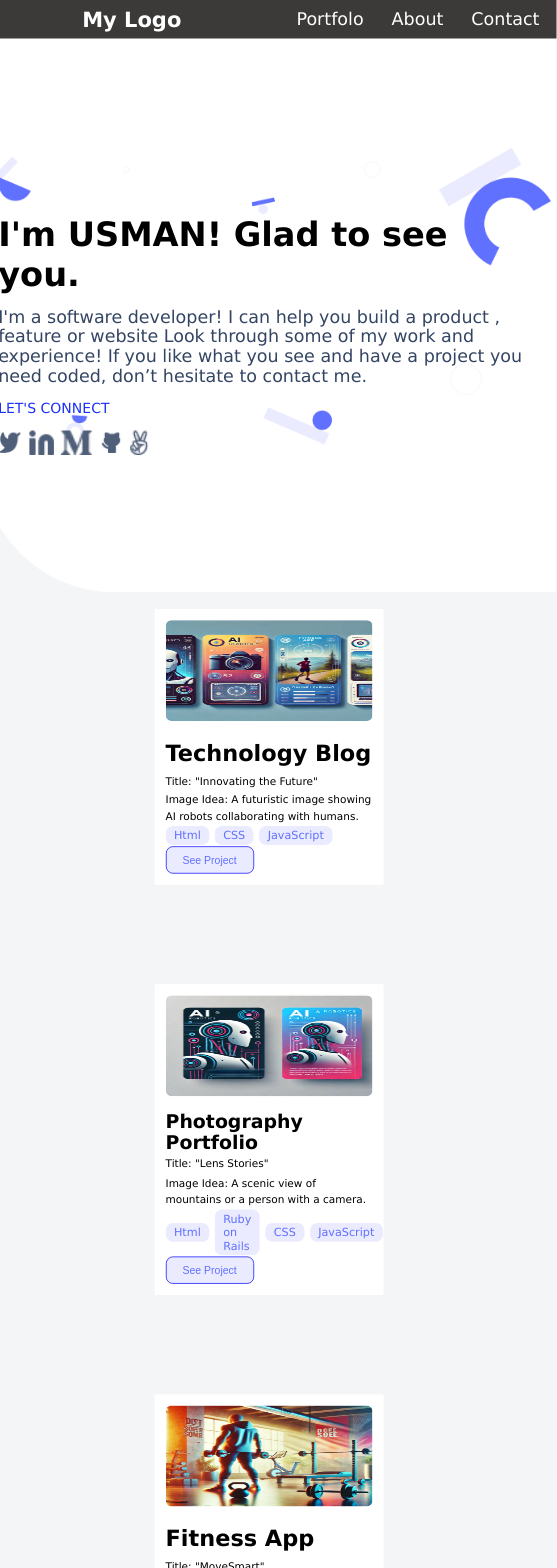
Repository: usman3123/portfolio-template-3
Page: portfolio.html
These files come from the project's save history. The page is drawn as it stood at one moment and after the next save; the edit follows.
The browser window is 768 px wide. The page is 795 px wide, then 768 px, so the pictures cover 795 px, including what lies to the right of the window. The pictures show the part of the page from y = 0 to 2240 px (the page is 3819 px tall before and 4003 px after), at 70% of full size.
Some web libraries are served in a nearby version.

Above is the page before, as saved 2025-01-25 22:34:21.
Not found: index.js

### portfolio.html
<!DOCTYPE html>
<html lang="en">
<head>
  <meta charset="UTF-8">
  <meta name="viewport" content="width=device-width, initial-scale=1.0">
  <title>project 2</title>
  <link rel="stylesheet" href="style.css">
  <link href='https://unpkg.com/boxicons@2.1.4/css/boxicons.min.css' rel='stylesheet'>
  <link rel="stylesheet" href="https://cdnjs.cloudflare.com/ajax/libs/font-awesome/6.6.0/css/all.min.css" integrity="sha512-Kc323vGBEqzTmouAECnVceyQqyqdsSiqLQISBL29aUW4U/M7pSPA/gEUZQqv1cwx4OnYxTxve5UMg5GT6L4JJg==" crossorigin="anonymous" referrerpolicy="no-referrer" />
  <link rel="stylesheet" href="https://cdnjs.cloudflare.com/ajax/libs/font-awesome/6.6.0/css/all.min.css" integrity="sha512-Kc323vGBEqzTmouAECnVceyQqyqdsSiqLQISBL29aUW4U/M7pSPA/gEUZQqv1cwx4OnYxTxve5UMg5GT6L4JJg==" crossorigin="anonymous" referrerpolicy="no-referrer" />

  <link rel="stylesheet" href="https://cdnjs.cloudflare.com/ajax/libs/font-awesome/6.7.2/css/all.min.css">
  <link rel="preconnect" href="https://fonts.googleapis.com">
<link rel="preconnect" href="https://fonts.gstatic.com" crossorigin>
<link href="https://fonts.googleapis.com/css2?family=Poppins:ital,wght@0,100;0,200;0,300;0,400;0,500;0,600;0,700;0,800;0,900;1,100;1,200;1,300;1,400;1,500;1,600;1,700;1,800;1,900&display=swap" rel="stylesheet">
</head>

<body>
<section class="webpage">
  <!-- Navbar -->

 <div class="hero-page">
  <div class="header-div">
    <nav class="nav-bar flex">
        <h4 class="nav-heading">My Logo</h4>
        <div class="nav-links flex">
            <a href="#myportfolio" class="link">Portfolo</a>
            <a href="myabout" class="link">About</a>
            <a href="mycontact" class="link" >Contact</a>
        </div>
        <i class="fa-solid fa-light fa-bars fa-xl " id="nav-icon"></i>
    </nav>
</div>

  <!-- Main Content -->
  <section id="myportfolio" class="hero-section flex">
    <div class="hero-content flex">
        <h1 class="hero-head"> I'm USMAN!
          Glad to see you.
      </h1>
      <p class="hero-p">
         I'm a software developer! I can help you build a product , feature or website Look through  some of my work and experience! If you like what you see and have a project you need coded, don’t hesitate to contact me.
      </p>
     <p class="let-connect"> LET'S CONNECT</p>

      <div class="icons flex">
          <img src="/assets/twitter.png" class="media-icon">
          <img src="assets/Linkedin.png" class="media-icon">
          <img src="assets/M.png" class="media-icon">
          <img src="assets/Github.png" class="media-icon">
          <img src="assets/V.png" class="media-icon">
      </div>
    </div>
  </section>

 </div>
  <!-- Cards Section -->

  <section class="cards flex">
    <div class="card flex">
      <img class="card-img" src="/assets/card-1img.webp" alt="CARD_!_IMG">
      <div class="card-content flex">
        <h2 class="card-head">Technology Blog</h2>
        <p class="content-p">Title: "Innovating the Future"</p>
        <p class="content-sp">Description: "Explore groundbreaking advancements in AI and robotics shaping tomorrow."</p>
        <p class="content-p">Image Idea: A futuristic image showing AI robots collaborating with humans.</p>
        <div class="languages flex">
          <p class="lang">Html</p>
          <p class="lang">CSS</p>
          <p class="lang">JavaScript</p>
        </div>
        <button class="content-btn">See Project</button>
      </div>
    </div>
    <div class="card flex">
      <img class="card-img" src="/assets/card-2img.webp" alt="CARD_!_IMG">
      <div class="card-content flex">
        <h2 id="photo-head">Photography Portfolio</h2>
        <p class="content-p">Title: "Lens Stories"<p>
        <p class="content-sp">Description: "A collection of awe-inspiring moments captured around the globe."</p>
        <p class="content-p">Image Idea: A scenic view of mountains or a person with a camera.
        </p>
        <div class="languages flex">
          <p class="lang">Html</p>
          <p class="lang">Ruby on Rails</p>
          <p class="lang">CSS</p>
          <p class="lang">JavaScript</p>
        </div>
        <button class="content-btn">See Project</button>
      </div>
    </div>
    <div class="card flex">
      <img class="card-img" src="/assets/card-3img.webp" alt="CARD_!_IMG">
      <div class="card-content flex">
        <h2 class="card-head">Fitness App</h2>
        <p class="content-p">Title: "MoveSmart"<p>
        <p class="content-sp">Description: "Your companion for tracking workouts and achieving fitness goals."</p>
        <p class="content-p">Image Idea: A person jogging with fitness metrics displayed.</p>
        <div class="languages flex">
          <p class="lang">Html</p>
          <p class="lang">Ruby on Rails</p>
          <p class="lang">CSS</p>
          <p class="lang">JavaScript</p>
        </div>
        <button class="content-btn">See Project</button>
      </div>
    </div>
    <div class="card flex">
      <img class="card-img" src="/assets/card-4img.webp" alt="CARD_!_IMG">
      <div class="card-content flex">
        <h2 class="card-head">Online Learning</h2>
        <p class="content-p">Title: "Skillify"p>
        <p class="content-sp">Description: "Join courses from world-class instructors and master new skills."</p>
        <p class="content-p">Image Idea: A laptop with an open notebook and a student studying.</p>
        <div class="languages flex">
          <p class="lang">Html</p>
          <p class="lang">Ruby on Rails</p>
          <p class="lang">CSS</p>
          <p class="lang">JavaScript</p>
        </div>
        <button class="content-btn">See Project</button>
      </div>
    </div>
  </section>


   <!-- ABOUT MYSELF -->

  <section id="myabout" class="about flex">

    <div class="about-intro flex">
      <h1 class="about-head">About Myself</h1>
      <p class="about-paragraph">Hello I'm a software developer! I can help you build a product , feature or website Look through some of my work and experience! If you like what you see and have a project you need coded, don't hesitate to contact me.</p>
        <p class="connect">Let's Connect</p>
        <div class="icons flex icon-gap">
          <img src="assets/twitter.png" class="twitter">
          <img src="assets/Linkedin.png" class="inimage">
          <img src="assets/M.png" class="mimage">
          <img src="assets/Github.png" class="tomimage">
          <img src="assets/V.png" class="protocol">
      </div>
      <button class="content-btn rsm-btn"> Get my resume</button>
    </div>

    <div class="about-skills flex">
      <div class="about-all flex">
        <p>Languages</p>
        <i class='bx bx-chevron-down'></i>
      </div>
      <div class="about-lang flex">
        <div class="about-lang-img flex">
          <i class="fa-brands fa-js sty-i" style="color: #ff0000;"></i>
          <p>JavaScript</p>
        </div>
        <div class="about-lang-img flex">
          <i class="fa-brands fa-html5 sty-i" style="color: #FFD43B;"></i>
          <p>Html</p>

        </div>
        <div class="about-lang-img flex">
          <i class="fa-brands fa-css3-alt sty-i" style="color: #74C0FC;"></i>
          <p>css</p>
        </div>
      </div>
      <div class="about-all flex">
        <p> Frameworks</p>
        <i class='bx bx-chevron-right'></i>
      </div>
      <div class="about-all flex">
        <p>Skills</p>
        <i class='bx bx-chevron-right'></i>
        </div>
        </div>
        <!-- <div class="contact-section flex">
            <h4 class="contact-paragraph">I'm always interested in hearing about new projects, so if you'd like to chat please get in touch.</h4>
            <form action="submit-form" class="contact-form flex">
                <div class="names flex">
                    <input type="text" placeholder="Full name" class="first-name">
                    <input type="text" placeholder="last name" class="last-name">
      </div>
        <div class="contact-section flex">
            <h4 class="contact-paragraph">I'm always interested in hearing about new projects, so if you'd like to chat please get in touch.</h4>
            <form action="submit-form" class="contact-form flex">
                <div class="names flex">
                    <input type="text" placeholder="Full name" class="first-name">
                    <input type="text" placeholder="last name" class="last-name">
    </div> -->
  </section>

  <!-- Contact section -->

  <!-- <section id="mycontact" class="contact-section">
    <h1 class="contact-heading">Contact Me</h1>
    <p class="contact-description">
        If you have an application you are interested in developing, a feature that you need built, or a project that needs coding, I'd love to help with it!
    </p>
    <form class="contact-form">
        <input class="form-input" type="text" placeholder="Your Name">
        <input class="form-input" type="email" placeholder="Your Email">
        <textarea class="form-message" placeholder="Write your message here..."></textarea>
        <button class="form-button">Get in Touch</button>
    </form>

</section>

</main> -->
</section>

<script src="index.js"></script>
</body>
</html>

### style.css
*{
    margin: 0;
    padding: 0;
    box-sizing: border-box;
}

body {
    font-family: Verdana, Geneva, Tahoma, sans-serif;
    background-color: #f4f5f7;
    justify-content: center;
    display: flex
;
}

.flex {
    display: flex;
}

/* nav-bar */

.header-div {
    background-color: #3c3a39;
    width: 100%;
}

.nav-bar {
    justify-content: space-between;
    color: white;
    max-width: 1204px;
    align-items: center;
    padding: 10px 24px;
}

.nav-heading {
    font-size: 30px;
    padding-left: 120px;
}

.nav-links {
    gap: 40px;
    align-items: center;
    font-size: 25px;
    display: none;
}
.nav-icon {
    display: flex;
    width: 24px;
}


/* hero-section */

.hero-page {
    background-color: white;
    border-bottom-left-radius: 190px;
    background-image: url(/assets/Header\ bg@2x.png);
    background-size: contain;
    max-height: 846px;
    background-position: center;
    background-repeat: no-repeat;
    max-width: 1440px;
}
.hero-section {
    height: 846px;
    align-items: center;
    justify-content: center;
    padding-left: 20%;
}
.hero-content {
    flex-direction: column;
    gap: 20px;
}
.hero-head {
    font-size: 48px;
    font-weight: 700;
    width: 35%;
}

.hero-p {
    font-size: 25px;
    line-height: 28px;
    color: #344563;

    width: 73%;
}

.let-connect {
    color: #1d32f7;
    font-size: 20px;
    font-weight: 500;
    line-height: 24px;
}

.media-icon {
    height: 35px;
}

.icons {
    gap: 10px;
}

.nav-head {
    max-width: 1440px;
    width: 100%;
}
.enable {
    color: blue;
}
.link {
    color: white;
    text-decoration: none;
}

/* card-section */

.cards {
    flex-direction: column;
    align-items: center;
    gap:142px;
    padding: 24px;
}
.card {
    background-color: white;
    max-width: 1156px;
    max-height: 496px;
    width: 100%;
    padding: 24px;
    gap: 20px;
}
.card-img {
    max-width: 544px;
    width: 50%;
    border-radius:8px ;
}

.card-content {
    flex-direction: column;
    gap: 24px;
}

.card-head {
    font-size: 40px;
    font-weight: 700;
    line-height: 52px;
}
#photo-content {
    font-size: 40px;
    font-weight: 700;
    line-height: 52px;
}
.content-p {
    font-size: 20px;
    font-weight: 400;
    line-height: 24px;
}
.content-sp {
    font-size: 20px;
    font-weight: 400;
    line-height: 24px;
}

.languages {
    gap: 8px;
    align-items: center;
}

.lang {
    padding: 4px 12px;
    color: #6070ff;
    background-color: #ebebff;
    border-radius: 10px;
}

.content-btn {
    max-width: 126px;
    width: 100%;
    padding: 4px 12px;
    color: #6070ff;
    background-color: #ebebff;
    border-radius: 10px;
    padding: 10px;
    border: 1px solid blue;
    font-size: 15px;
}

/* about-section */

.about {
    padding: 142px;
    gap: 20px;
}

.about-intro {
    flex-direction: column;
    max-width: 447px;
    max-height: 311px;
    gap: 17px;
}

.about-head {
    font-size: 40px;
    font-weight: 700;
    line-height: 52px;
}
.about-paragraph {
    font-size: 16px;
    line-height: 24px;
}
.connect {
    color: #6070ff;
    font-size: 25px;
}

.about-skills {
    max-width: 684px;
    flex-direction: column;
    width: 100%;
    gap: 20px;
}

.about-all {
    justify-content: space-between;
    font-size: 45px;
}
.about-lang {
    gap: 50px;
    padding: 12px;
}
.about-lang-img {
    flex-direction: column;
    gap: 12px;
}
.sty-i {
    font-size: 80px;
}
.about-lang-img > p {
    font-size: 25px;
}









@media (max-width : 1100px) {
    .hero-head {
        width: 53%;
    }
    .card-head {
        font-size: 2rem;
    }
    #photo-head {
        font-size: 27px;
    }
    .content-p {
        font-size: 15px;
    }
    .content-sp {
        font-size: 15px;
        display: none;
    }
    .card-content {
        gap: 20px;
    }

}
@media (max-width :870px) {
    .card {
        flex-direction: column;
        max-height: 552px;
        padding: 16px;
    }
    .card {
        max-width: 327px;
    }

}
@media (max-width : 870px) {
    .hero-head {
        width: 100%;
    }
    .hero-section {
        padding: 24px;
    }
    .hero-p {
        width: 100%;
    }
    .card-img {
        width: 100%;
        height: 18vh;
    }
    .card-content {
        gap: 2px;
    }
}
@media (min-width : 700px) {
    .nav-links {
        display: flex;
    }
    #nav-icon {
        display: none;
    }

}
@media (min-width : 1441px) {
    .card-content {
        gap: 30px;
    }
}

After the next save:
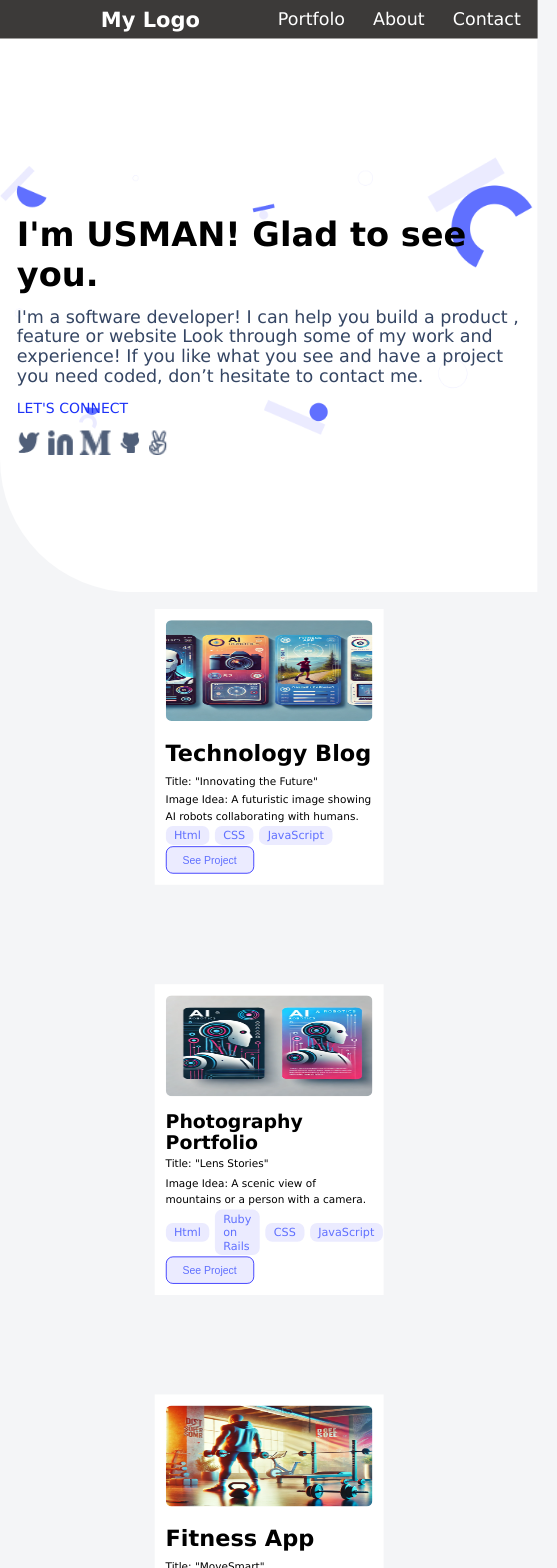
Saved 10 h 41 min later.
--- a/style.css
+++ b/style.css
@@ -276,6 +276,9 @@ body {
     .card {
         max-width: 327px;
     }
+    .about {
+        flex-direction: column;
+    }
 
 }
 @media (max-width : 870px) {
